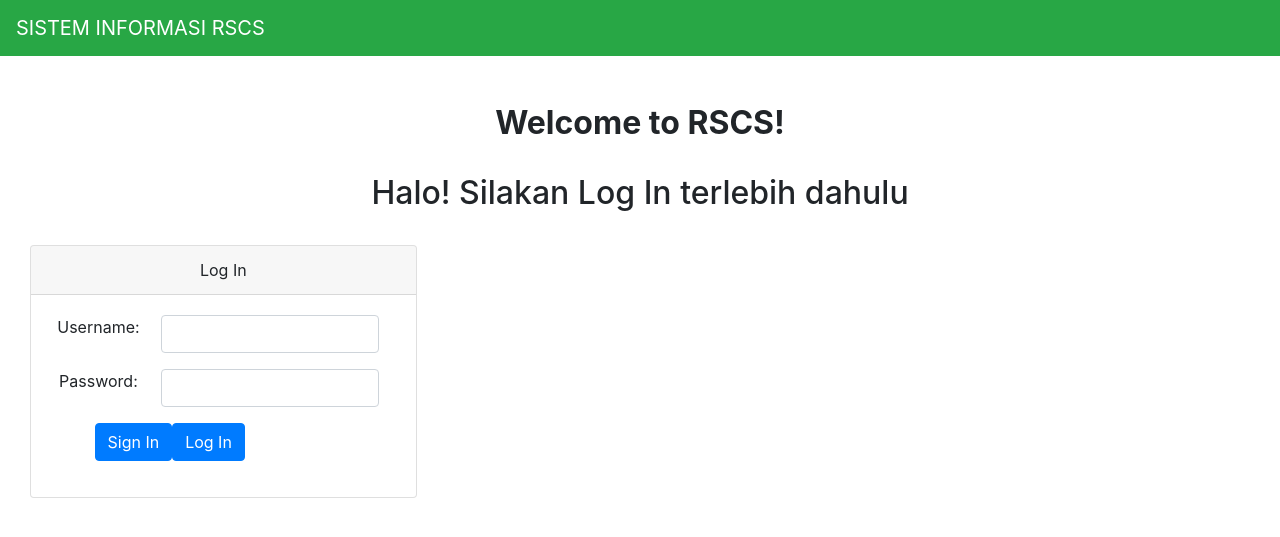
Repository: usamah1707/Tugas-Akhir-Kelompok-6
Page: http://localhost/login
An editor plug-in stored every save of this project. The page is shown before and after the next save, followed by the edit.
The browser window is 1280 px wide. The pictures show the whole page.
The page is this project's Thymeleaf template; nobody is signed in. The template is opened directly, without the code that normally fills it, so the values that code supplies are empty.

Above is the page before, as saved 2019-06-04 06:01:49.

After the next save:
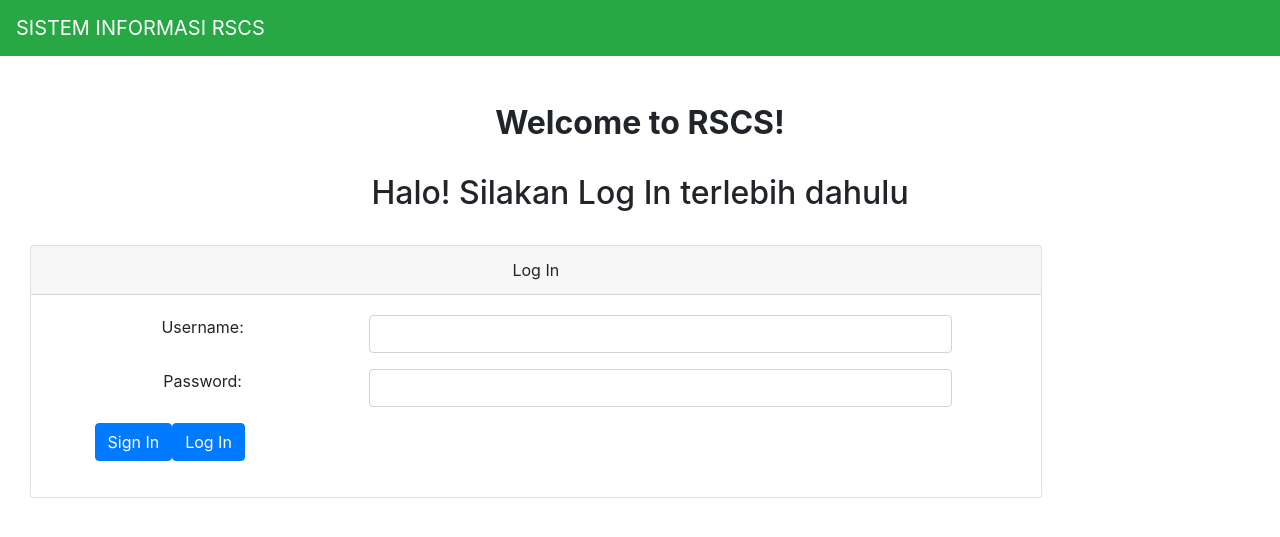
Saved 20 s later.
--- a/TA_6/src/main/resources/templates/login.html
+++ b/TA_6/src/main/resources/templates/login.html
@@ -28,7 +28,7 @@
         <h2 align = "center">Halo! Silakan Log In terlebih dahulu</h2>
         <br>
         <div class="row">
-            <div class="col-md-4">
+            <div class="col-md-10">
 
                 <div class="card">
                     <div class="card-header">
